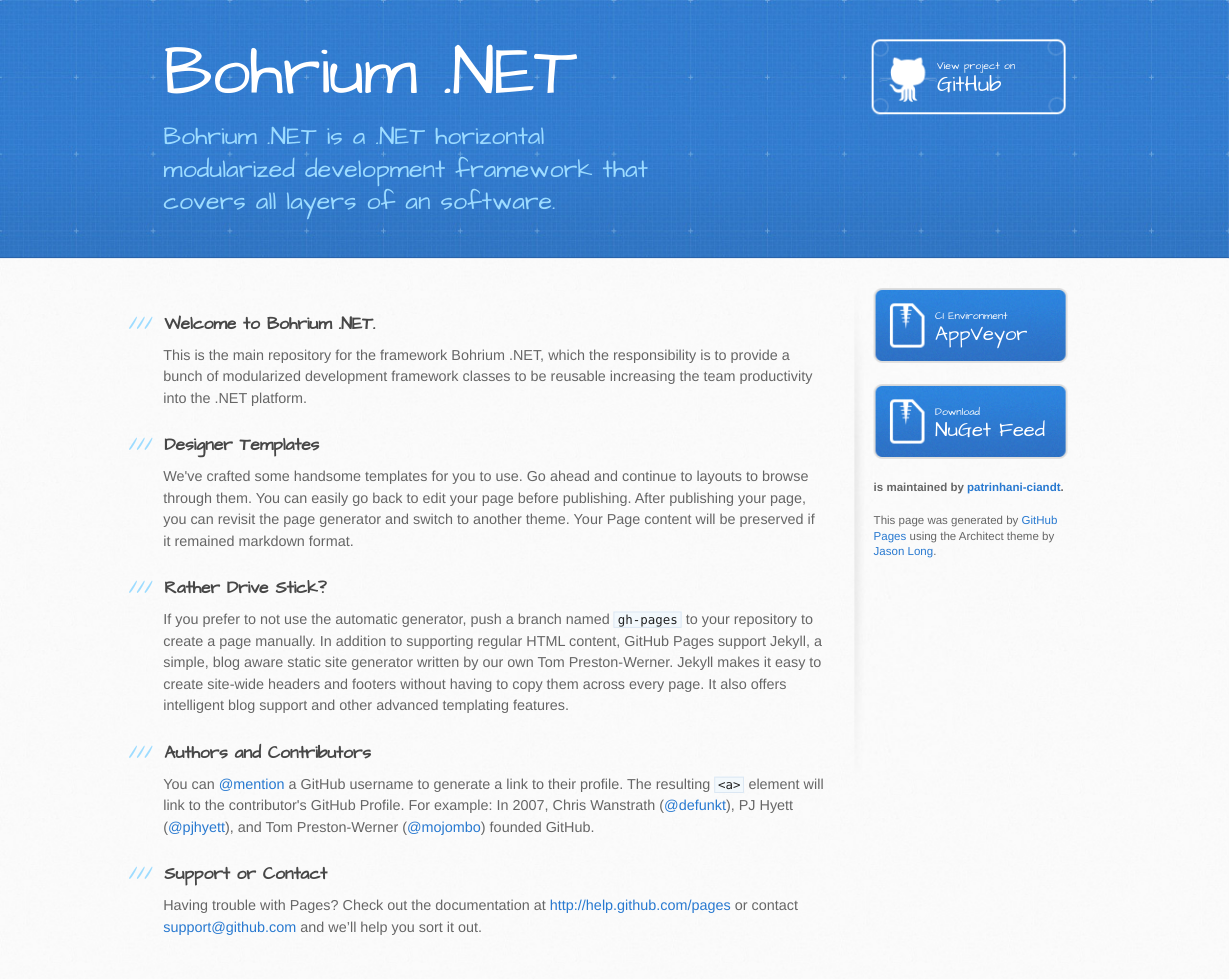
Repository: patrinhani-ciandt/BohriumNET
Page: index.html
The author's editor kept a record of every edit. The page is drawn from the files as they stood at one moment, then again after the next edit.
The browser window is 1280 px wide. The pictures show the whole page, at 96% of full size.

Above is the page before.

### index.html
<!DOCTYPE html>
<html>
  <head>
    <meta charset='utf-8'>
    <meta http-equiv="X-UA-Compatible" content="chrome=1">
    <meta name="viewport" content="width=device-width, initial-scale=1, maximum-scale=1">
    <link href='https://fonts.googleapis.com/css?family=Architects+Daughter' rel='stylesheet' type='text/css'>
    <link rel="stylesheet" type="text/css" href="stylesheets/stylesheet.css" media="screen">
    <link rel="stylesheet" type="text/css" href="stylesheets/pygment_trac.css" media="screen">
    <link rel="stylesheet" type="text/css" href="stylesheets/print.css" media="print">

    <!--[if lt IE 9]>
    <script src="//html5shiv.googlecode.com/svn/trunk/html5.js"></script>
    <![endif]-->

    <title>Bohrium .NET by patrinhani-ciandt</title>
  </head>

  <body>
    <header>
      <div class="inner">
        <h1>Bohrium .NET</h1>
        <h2>Bohrium .NET is a .NET horizontal modularized development framework that covers all layers of an software.</h2>
        <a href="https://github.com/patrinhani-ciandt/BohriumNET" class="button"><small>View project on</small>GitHub</a>
      </div>
    </header>

    <div id="content-wrapper">
      <div class="inner clearfix">
        <section id="main-content">
          <h3>
<a name="welcome-to-bohrium-net" class="anchor" href="#welcome-to-bohrium-net"><span class="octicon octicon-link"></span></a>Welcome to Bohrium .NET.</h3>

<p>This is the main repository for the framework Bohrium .NET, which the responsibility is to provide a bunch of modularized development framework classes to be reusable increasing the team productivity into the .NET platform.</p>

<!--<pre><code>$ cd your_repo_root/repo_name-->
<!--$ git fetch origin-->
<!--$ git checkout gh-pages-->
<!--</code></pre>-->

<!--<p>If you're using the GitHub for Mac, simply sync your repository and you'll see the new branch.</p>-->

<h3>
<a name="designer-templates" class="anchor" href="#designer-templates"><span class="octicon octicon-link"></span></a>Designer Templates</h3>

<p>We've crafted some handsome templates for you to use. Go ahead and continue to layouts to browse through them. You can easily go back to edit your page before publishing. After publishing your page, you can revisit the page generator and switch to another theme. Your Page content will be preserved if it remained markdown format.</p>

<h3>
<a name="rather-drive-stick" class="anchor" href="#rather-drive-stick"><span class="octicon octicon-link"></span></a>Rather Drive Stick?</h3>

<p>If you prefer to not use the automatic generator, push a branch named <code>gh-pages</code> to your repository to create a page manually. In addition to supporting regular HTML content, GitHub Pages support Jekyll, a simple, blog aware static site generator written by our own Tom Preston-Werner. Jekyll makes it easy to create site-wide headers and footers without having to copy them across every page. It also offers intelligent blog support and other advanced templating features.</p>

<h3>
<a name="authors-and-contributors" class="anchor" href="#authors-and-contributors"><span class="octicon octicon-link"></span></a>Authors and Contributors</h3>

<p>You can <a href="https://github.com/blog/821" class="user-mention">@mention</a> a GitHub username to generate a link to their profile. The resulting <code>&lt;a&gt;</code> element will link to the contributor's GitHub Profile. For example: In 2007, Chris Wanstrath (<a href="https://github.com/defunkt" class="user-mention">@defunkt</a>), PJ Hyett (<a href="https://github.com/pjhyett" class="user-mention">@pjhyett</a>), and Tom Preston-Werner (<a href="https://github.com/mojombo" class="user-mention">@mojombo</a>) founded GitHub.</p>

<h3>
<a name="support-or-contact" class="anchor" href="#support-or-contact"><span class="octicon octicon-link"></span></a>Support or Contact</h3>

<p>Having trouble with Pages? Check out the documentation at <a href="http://help.github.com/pages">http://help.github.com/pages</a> or contact <a href="mailto:support@github.com">support@github.com</a> and we’ll help you sort it out.</p>
        </section>

        <aside id="sidebar">
          <a href="https://ci.appveyor.com/project/patrinhani-ciandt/bohriumnet" class="button">
            <small>CI Environment</small>
            AppVeyor
          </a>
          <a href="http://tiny.cc/424ujx" class="button">
            <small>Download</small>
            NuGet Feed
          </a>
          <!--<a href="https://github.com/patrinhani-ciandt/BohriumNET/zipball/master" class="button">-->
          <!--  <small>Download</small>-->
          <!--  .zip file-->
          <!--</a>-->
          <!--<a href="https://github.com/patrinhani-ciandt/BohriumNET/tarball/master" class="button">-->
          <!--  <small>Download</small>-->
          <!--  .tar.gz file-->
          <!--</a>-->

          <p class="repo-owner"><a href="https://github.com/patrinhani-ciandt/BohriumNET"></a> is maintained by <a href="https://github.com/patrinhani-ciandt">patrinhani-ciandt</a>.</p>

          <p>This page was generated by <a href="https://pages.github.com">GitHub Pages</a> using the Architect theme by <a href="https://twitter.com/jasonlong">Jason Long</a>.</p>
        </aside>
      </div>
    </div>


  </body>
</html>

### stylesheets/stylesheet.css
/* http://meyerweb.com/eric/tools/css/reset/
   v2.0 | 20110126
   License: none (public domain)
*/
html, body, div, span, applet, object, iframe,
h1, h2, h3, h4, h5, h6, p, blockquote, pre,
a, abbr, acronym, address, big, cite, code,
del, dfn, em, img, ins, kbd, q, s, samp,
small, strike, strong, sub, sup, tt, var,
b, u, i, center,
dl, dt, dd, ol, ul, li,
fieldset, form, label, legend,
table, caption, tbody, tfoot, thead, tr, th, td,
article, aside, canvas, details, embed,
figure, figcaption, footer, header, hgroup,
menu, nav, output, ruby, section, summary,
time, mark, audio, video {
	margin: 0;
	padding: 0;
	border: 0;
	font-size: 100%;
	font: inherit;
	vertical-align: baseline;
}
/* HTML5 display-role reset for older browsers */
article, aside, details, figcaption, figure,
footer, header, hgroup, menu, nav, section {
	display: block;
}
body {
	line-height: 1;
}
ol, ul {
	list-style: none;
}
blockquote, q {
	quotes: none;
}
blockquote:before, blockquote:after,
q:before, q:after {
	content: '';
	content: none;
}
table {
	border-collapse: collapse;
	border-spacing: 0;
}

/* LAYOUT STYLES */
body {
  font-size: 15px;
  line-height: 1.5;
  background: #fafafa url(../images/body-bg.jpg) 0 0 repeat;
  font-family: 'Helvetica Neue', Helvetica, Arial, serif;
  font-weight: 400;
  color: #666;
}

a {
  color: #2879d0;
}
a:hover {
  color: #2268b2;
}

header {
  padding-top: 40px;
  padding-bottom: 40px;
  font-family: 'Architects Daughter', 'Helvetica Neue', Helvetica, Arial, serif;
  background: #2e7bcf url(../images/header-bg.jpg) 0 0 repeat-x;
  border-bottom: solid 1px #275da1;
}

header h1 {
  letter-spacing: -1px;
  font-size: 72px;
  color: #fff;
  line-height: 1;
  margin-bottom: 0.2em;
  width: 540px;
}

header h2 {
  font-size: 26px;
  color: #9ddcff;
  font-weight: normal;
  line-height: 1.3;
  width: 540px;
  letter-spacing: 0;
}

.inner {
  position: relative;
  width: 940px;
  margin: 0 auto;
}

#content-wrapper {
  border-top: solid 1px #fff;
  padding-top: 30px;
}

#main-content {
  width: 690px;
  float: left;
}

#main-content img {
  max-width: 100%;
}

aside#sidebar {
  width: 200px;
  padding-left: 20px;
  min-height: 504px;
  float: right;
  background: transparent url(../images/sidebar-bg.jpg) 0 0 no-repeat;
  font-size: 12px;
  line-height: 1.3;
}

aside#sidebar p.repo-owner,
aside#sidebar p.repo-owner a {
  font-weight: bold;
}

#downloads {
  margin-bottom: 40px;
}

a.button {
  width: 134px;
  height: 58px;
  line-height: 1.2;
  font-size: 23px;
  color: #fff;
  padding-left: 68px;
  padding-top: 22px;
  font-family: 'Architects Daughter', 'Helvetica Neue', Helvetica, Arial, serif;
}
a.button small {
  display: block;
  font-size: 11px;
}
header a.button {
  position: absolute;
  right: 0;
  top: 0;
  background: transparent url(../images/github-button.png) 0 0 no-repeat;
}
aside a.button {
  width: 138px;
  padding-left: 64px;
  display: block;
  background: transparent url(../images/download-button.png) 0 0 no-repeat;
  margin-bottom: 20px;
  font-size: 21px;
}

code, pre {
  font-family: Monaco, "Bitstream Vera Sans Mono", "Lucida Console", Terminal, monospace;
  color: #222;
  margin-bottom: 30px;
  font-size: 13px;
}

code {
  background-color: #f2f8fc;
  border: solid 1px #dbe7f3;
  padding: 0 3px;
}

pre {
  padding: 20px;
  background: #fff;
  text-shadow: none;
  overflow: auto;
  border: solid 1px #f2f2f2;
}
pre code {
  color: #2879d0;
  background-color: #fff;
  border: none;
  padding: 0;
}

ul, ol, dl {
  margin-bottom: 20px;
}


/* COMMON STYLES */

hr {
  height: 1px;
  line-height: 1px;
  margin-top: 1em;
  padding-bottom: 1em;
  border: none;
  background: transparent url('../images/hr.png') 0 0 no-repeat;
}

table {
  width: 100%;
  border: 1px solid #ebebeb;
}

th {
  font-weight: 500;
}

td {
  border: 1px solid #ebebeb;
  text-align: center;
  font-weight: 300;
}

form {
  background: #f2f2f2;
  padding: 20px;

}


/* GENERAL ELEMENT TYPE STYLES */

#main-content h1 {
  font-family: 'Architects Daughter', 'Helvetica Neue', Helvetica, Arial, serif;
  font-size: 2.8em;
  letter-spacing: -1px;
  color: #474747;
}

#main-content h1:before {
  content: "/";
  color: #9ddcff;
  padding-right: 0.3em;
  margin-left: -0.9em;
}

#main-content h2 {
  font-family: 'Architects Daughter', 'Helvetica Neue', Helvetica, Arial, serif;
  font-size: 22px;
  font-weight: bold;
  margin-bottom: 8px;
  color: #474747;
}
#main-content h2:before {
  content: "//";
  color: #9ddcff;
  padding-right: 0.3em;
  margin-left: -1.5em;
}

#main-content h3 {
  font-family: 'Architects Daughter', 'Helvetica Neue', Helvetica, Arial, serif;
  font-size: 18px;
  font-weight: bold;
  margin-top: 24px;
  margin-bottom: 8px;
  color: #474747;
}

#main-content h3:before {
  content: "///";
  color: #9ddcff;
  padding-right: 0.3em;
  margin-left: -2em;
}

#main-content h4 {
  font-family: 'Architects Daughter', 'Helvetica Neue', Helvetica, Arial, serif;
  font-size: 15px;
  font-weight: bold;
  color: #474747;
}

h4:before {
  content: "////";
  color: #9ddcff;
  padding-right: 0.3em;
  margin-left: -2.8em;
}

#main-content h5 {
  font-family: 'Architects Daughter', 'Helvetica Neue', Helvetica, Arial, serif;
  font-size: 14px;
  color: #474747;
}
h5:before {
  content: "/////";
  color: #9ddcff;
  padding-right: 0.3em;
  margin-left: -3.2em;
}

#main-content h6 {
  font-family: 'Architects Daughter', 'Helvetica Neue', Helvetica, Arial, serif;
  font-size: .8em;
  color: #474747;
}
h6:before {
  content: "//////";
  color: #9ddcff;
  padding-right: 0.3em;
  margin-left: -3.7em;
}

p {
  margin-bottom: 20px;
}

a {
  text-decoration: none;
}

p a {
  font-weight: 400;
}

blockquote {
  font-size: 1.6em;
  border-left: 10px solid #e9e9e9;
  margin-bottom: 20px;
  padding: 0 0 0 30px;
}

ul {
  list-style: disc inside;
  padding-left: 20px;
}

ol {
  list-style: decimal inside;
  padding-left: 3px;
}

dl dd {
  font-style: italic;
  font-weight: 100;
}

footer {
  background: transparent url('../images/hr.png') 0 0 no-repeat;
  margin-top: 40px;
  padding-top: 20px;
  padding-bottom: 30px;
  font-size: 13px;
  color: #aaa;
}

footer a {
  color: #666;
}
footer a:hover {
  color: #444;
}

/* MISC */
.clearfix:after {
  clear: both;
  content: '.';
  display: block;
  visibility: hidden;
  height: 0;
}

.clearfix {display: inline-block;}
* html .clearfix {height: 1%;}
.clearfix {display: block;}

/* #Media Queries
================================================== */

/* Smaller than standard 960 (devices and browsers) */
@media only screen and (max-width: 959px) {}

/* Tablet Portrait size to standard 960 (devices and browsers) */
@media only screen and (min-width: 768px) and (max-width: 959px) {
  .inner {
    width: 740px;
  }
  header h1, header h2 {
    width: 340px;
  }
  header h1 {
    font-size: 60px;
  }
  header h2 {
    font-size: 30px;
  }
  #main-content {
    width: 490px;
  }
  #main-content h1:before,
  #main-content h2:before,
  #main-content h3:before,
  #main-content h4:before,
  #main-content h5:before,
  #main-content h6:before {
    content: none;
    padding-right: 0;
    margin-left: 0;
  }
}

/* All Mobile Sizes (devices and browser) */
@media only screen and (max-width: 767px) {
  .inner {
    width: 93%;
  }
  header {
    padding: 20px 0;
  }
  header .inner {
    position: relative;
  }
  header h1, header h2 {
    width: 100%;
  }
  header h1 {
    font-size: 48px;
  }
  header h2 {
    font-size: 24px;
  }
  header a.button {
    background-image: none;
    width: auto;
    height: auto;
    display: inline-block;
    margin-top: 15px;
    padding: 5px 10px;
    position: relative;
    text-align: center;
    font-size: 13px;
    line-height: 1;
    background-color: #9ddcff;
    color: #2879d0;
    -moz-border-radius: 5px;
    -webkit-border-radius: 5px;
    border-radius: 5px;
  }
  header a.button small {
    font-size: 13px;
    display: inline;
  }
  #main-content,
  aside#sidebar {
    float: none;
    width: 100% ! important;
  }
  aside#sidebar {
    background-image: none;
    margin-top: 20px;
    border-top: solid 1px #ddd;
    padding: 20px 0;
    min-height: 0;
  }
  aside#sidebar a.button {
    display: none;
  }
  #main-content h1:before,
  #main-content h2:before,
  #main-content h3:before,
  #main-content h4:before,
  #main-content h5:before,
  #main-content h6:before {
    content: none;
    padding-right: 0;
    margin-left: 0;
  }
}

/* Mobile Landscape Size to Tablet Portrait (devices and browsers) */
@media only screen and (min-width: 480px) and (max-width: 767px) {}

/* Mobile Portrait Size to Mobile Landscape Size (devices and browsers) */
@media only screen and (max-width: 479px) {}

### stylesheets/pygment_trac.css
.highlight  { background: #ffffff; }
.highlight .c { color: #999988; font-style: italic } /* Comment */
.highlight .err { color: #a61717; background-color: #e3d2d2 } /* Error */
.highlight .k { font-weight: bold } /* Keyword */
.highlight .o { font-weight: bold } /* Operator */
.highlight .cm { color: #999988; font-style: italic } /* Comment.Multiline */
.highlight .cp { color: #999999; font-weight: bold } /* Comment.Preproc */
.highlight .c1 { color: #999988; font-style: italic } /* Comment.Single */
.highlight .cs { color: #999999; font-weight: bold; font-style: italic } /* Comment.Special */
.highlight .gd { color: #000000; background-color: #ffdddd } /* Generic.Deleted */
.highlight .gd .x { color: #000000; background-color: #ffaaaa } /* Generic.Deleted.Specific */
.highlight .ge { font-style: italic } /* Generic.Emph */
.highlight .gr { color: #aa0000 } /* Generic.Error */
.highlight .gh { color: #999999 } /* Generic.Heading */
.highlight .gi { color: #000000; background-color: #ddffdd } /* Generic.Inserted */
.highlight .gi .x { color: #000000; background-color: #aaffaa } /* Generic.Inserted.Specific */
.highlight .go { color: #888888 } /* Generic.Output */
.highlight .gp { color: #555555 } /* Generic.Prompt */
.highlight .gs { font-weight: bold } /* Generic.Strong */
.highlight .gu { color: #800080; font-weight: bold; } /* Generic.Subheading */
.highlight .gt { color: #aa0000 } /* Generic.Traceback */
.highlight .kc { font-weight: bold } /* Keyword.Constant */
.highlight .kd { font-weight: bold } /* Keyword.Declaration */
.highlight .kn { font-weight: bold } /* Keyword.Namespace */
.highlight .kp { font-weight: bold } /* Keyword.Pseudo */
.highlight .kr { font-weight: bold } /* Keyword.Reserved */
.highlight .kt { color: #445588; font-weight: bold } /* Keyword.Type */
.highlight .m { color: #009999 } /* Literal.Number */
.highlight .s { color: #d14 } /* Literal.String */
.highlight .na { color: #008080 } /* Name.Attribute */
.highlight .nb { color: #0086B3 } /* Name.Builtin */
.highlight .nc { color: #445588; font-weight: bold } /* Name.Class */
.highlight .no { color: #008080 } /* Name.Constant */
.highlight .ni { color: #800080 } /* Name.Entity */
.highlight .ne { color: #990000; font-weight: bold } /* Name.Exception */
.highlight .nf { color: #990000; font-weight: bold } /* Name.Function */
.highlight .nn { color: #555555 } /* Name.Namespace */
.highlight .nt { color: #000080 } /* Name.Tag */
.highlight .nv { color: #008080 } /* Name.Variable */
.highlight .ow { font-weight: bold } /* Operator.Word */
.highlight .w { color: #bbbbbb } /* Text.Whitespace */
.highlight .mf { color: #009999 } /* Literal.Number.Float */
.highlight .mh { color: #009999 } /* Literal.Number.Hex */
.highlight .mi { color: #009999 } /* Literal.Number.Integer */
.highlight .mo { color: #009999 } /* Literal.Number.Oct */
.highlight .sb { color: #d14 } /* Literal.String.Backtick */
.highlight .sc { color: #d14 } /* Literal.String.Char */
.highlight .sd { color: #d14 } /* Literal.String.Doc */
.highlight .s2 { color: #d14 } /* Literal.String.Double */
.highlight .se { color: #d14 } /* Literal.String.Escape */
.highlight .sh { color: #d14 } /* Literal.String.Heredoc */
.highlight .si { color: #d14 } /* Literal.String.Interpol */
.highlight .sx { color: #d14 } /* Literal.String.Other */
.highlight .sr { color: #009926 } /* Literal.String.Regex */
.highlight .s1 { color: #d14 } /* Literal.String.Single */
.highlight .ss { color: #990073 } /* Literal.String.Symbol */
.highlight .bp { color: #999999 } /* Name.Builtin.Pseudo */
.highlight .vc { color: #008080 } /* Name.Variable.Class */
.highlight .vg { color: #008080 } /* Name.Variable.Global */
.highlight .vi { color: #008080 } /* Name.Variable.Instance */
.highlight .il { color: #009999 } /* Literal.Number.Integer.Long */

.type-csharp .highlight .k { color: #0000FF }
.type-csharp .highlight .kt { color: #0000FF }
.type-csharp .highlight .nf { color: #000000; font-weight: normal }
.type-csharp .highlight .nc { color: #2B91AF }
.type-csharp .highlight .nn { color: #000000 }
.type-csharp .highlight .s { color: #A31515 }
.type-csharp .highlight .sc { color: #A31515 }

### stylesheets/print.css
html, body, div, span, applet, object, iframe,
h1, h2, h3, h4, h5, h6, p, blockquote, pre,
a, abbr, acronym, address, big, cite, code,
del, dfn, em, img, ins, kbd, q, s, samp,
small, strike, strong, sub, sup, tt, var,
b, u, i, center,
dl, dt, dd, ol, ul, li,
fieldset, form, label, legend,
table, caption, tbody, tfoot, thead, tr, th, td,
article, aside, canvas, details, embed,
figure, figcaption, footer, header, hgroup,
menu, nav, output, ruby, section, summary,
time, mark, audio, video {
  margin: 0;
  padding: 0;
  border: 0;
  font-size: 100%;
  font: inherit;
  vertical-align: baseline;
}
/* HTML5 display-role reset for older browsers */
article, aside, details, figcaption, figure,
footer, header, hgroup, menu, nav, section {
  display: block;
}
body {
  line-height: 1;
}
ol, ul {
  list-style: none;
}
blockquote, q {
  quotes: none;
}
blockquote:before, blockquote:after,
q:before, q:after {
  content: '';
  content: none;
}
table {
  border-collapse: collapse;
  border-spacing: 0;
}
body {
  font-size: 13px;
  line-height: 1.5;
  font-family: 'Helvetica Neue', Helvetica, Arial, serif;
  color: #000;
}

a {
  color: #d5000d;
  font-weight: bold;
}

header {
  padding-top: 35px;
  padding-bottom: 10px;
}

header h1 {
  font-weight: bold;
  letter-spacing: -1px;
  font-size: 48px;
  color: #303030;
  line-height: 1.2;
}

header h2 {
  letter-spacing: -1px;
  font-size: 24px;
  color: #aaa;
  font-weight: normal;
  line-height: 1.3;
}
#downloads {
  display: none;
}
#main_content {
  padding-top: 20px;
}

code, pre {
  font-family: Monaco, "Bitstream Vera Sans Mono", "Lucida Console", Terminal;
  color: #222;
  margin-bottom: 30px;
  font-size: 12px;
}

code {
  padding: 0 3px;
}

pre {
  border: solid 1px #ddd;
  padding: 20px;
  overflow: auto;
}
pre code {
  padding: 0;
}

ul, ol, dl {
  margin-bottom: 20px;
}


/* COMMON STYLES */

table {
  width: 100%;
  border: 1px solid #ebebeb;
}

th {
  font-weight: 500;
}

td {
  border: 1px solid #ebebeb;
  text-align: center;
  font-weight: 300;
}

form {
  background: #f2f2f2;
  padding: 20px;

}


/* GENERAL ELEMENT TYPE STYLES */

h1 {
  font-size: 2.8em;
}

h2 {
  font-size: 22px;
  font-weight: bold;
  color: #303030;
  margin-bottom: 8px;
}

h3 {
  color: #d5000d;
  font-size: 18px;
  font-weight: bold;
  margin-bottom: 8px;
}

h4 {
  font-size: 16px;
  color: #303030;
  font-weight: bold;
}

h5 {
  font-size: 1em;
  color: #303030;
}

h6 {
  font-size: .8em;
  color: #303030;
}

p {
  font-weight: 300;
  margin-bottom: 20px;
}

a {
  text-decoration: none;
}

p a {
  font-weight: 400;
}

blockquote {
  font-size: 1.6em;
  border-left: 10px solid #e9e9e9;
  margin-bottom: 20px;
  padding: 0 0 0 30px;
}

ul li {
  list-style: disc inside;
  padding-left: 20px;
}

ol li {
  list-style: decimal inside;
  padding-left: 3px;
}

dl dd {
  font-style: italic;
  font-weight: 100;
}

footer {
  margin-top: 40px;
  padding-top: 20px;
  padding-bottom: 30px;
  font-size: 13px;
  color: #aaa;
}

footer a {
  color: #666;
}

/* MISC */
.clearfix:after {
  clear: both;
  content: '.';
  display: block;
  visibility: hidden;
  height: 0;
}

.clearfix {display: inline-block;}
* html .clearfix {height: 1%;}
.clearfix {display: block;}

After the next edit:
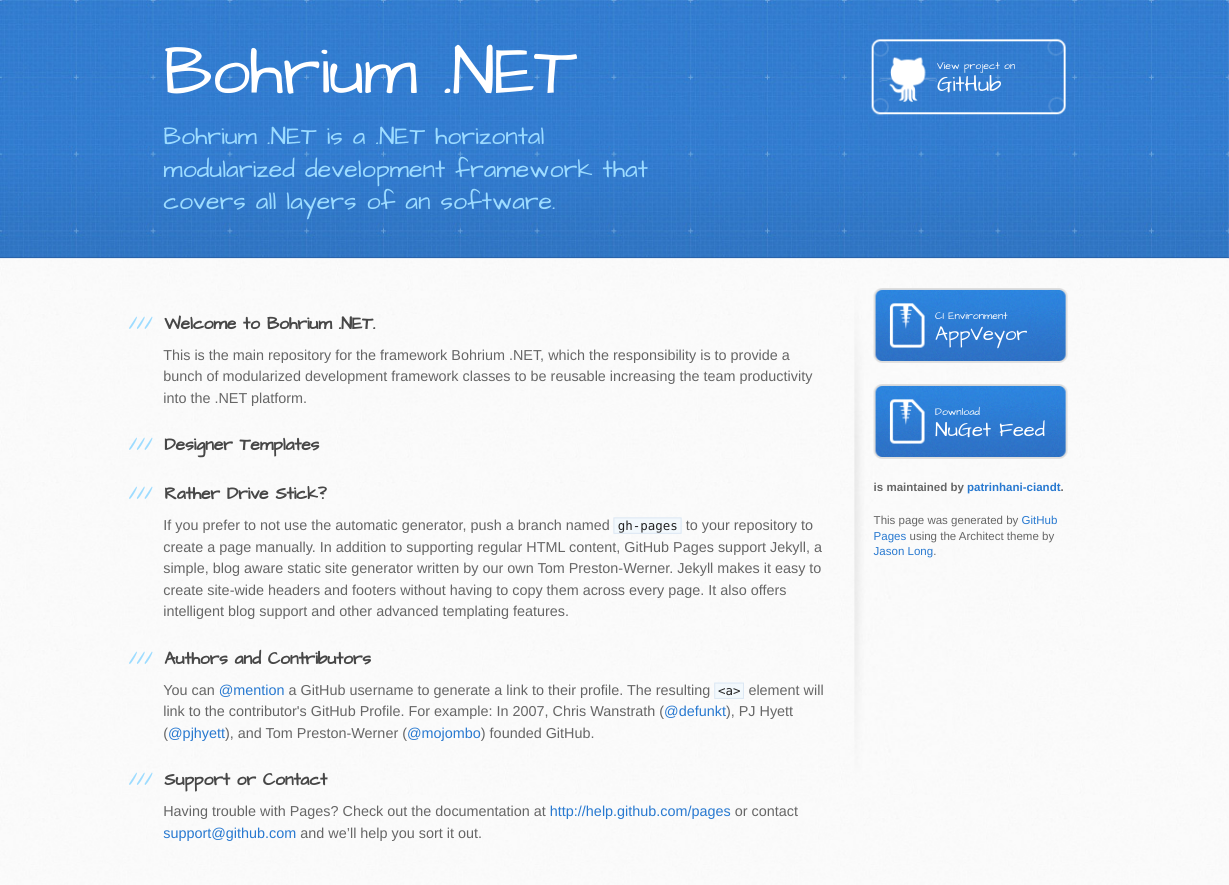
The edit:
--- a/index.html
+++ b/index.html
@@ -43,7 +43,7 @@
 <h3>
 <a name="designer-templates" class="anchor" href="#designer-templates"><span class="octicon octicon-link"></span></a>Designer Templates</h3>
 
-<p>We've crafted some handsome templates for you to use. Go ahead and continue to layouts to browse through them. You can easily go back to edit your page before publishing. After publishing your page, you can revisit the page generator and switch to another theme. Your Page content will be preserved if it remained markdown format.</p>
+<!--<p>We've crafted some handsome templates for you to use. Go ahead and continue to layouts to browse through them. You can easily go back to edit your page before publishing. After publishing your page, you can revisit the page generator and switch to another theme. Your Page content will be preserved if it remained markdown format.</p>-->
 
 <h3>
 <a name="rather-drive-stick" class="anchor" href="#rather-drive-stick"><span class="octicon octicon-link"></span></a>Rather Drive Stick?</h3>
